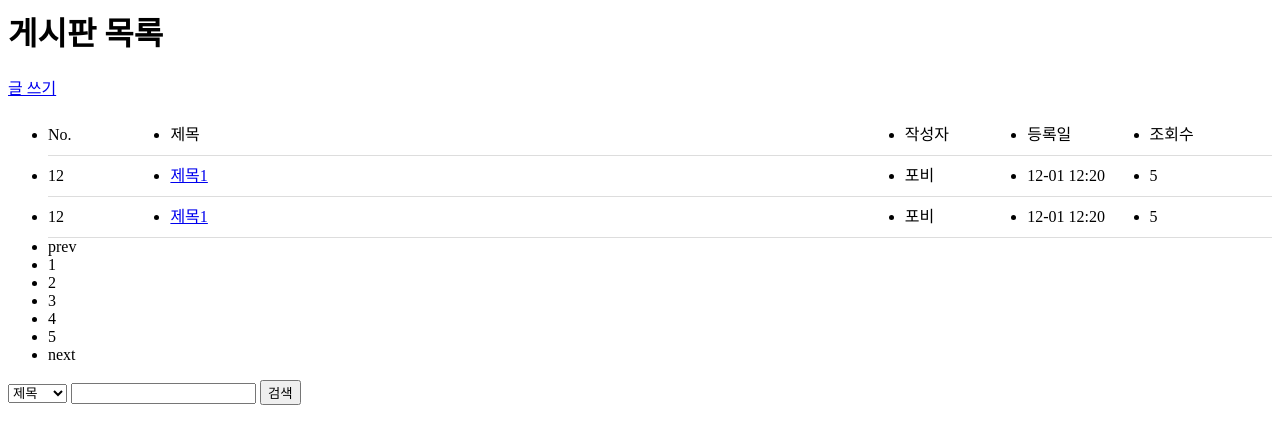
Repository: smg1024/StudySpring
Page: http://localhost/webSpringTest/WEB-INF/views/board/boardList.jsp
An editor plug-in stored every save of this project. The page is shown before and after the next save, followed by the edit.
The browser window is 1280 px wide. The pictures show the whole page.
The page is served by Tomcat 9. Nobody is signed in. Other server files are loaded and not shown. The template is opened directly, without the code that normally fills it, so the values that code supplies are empty.

Above is the page before, as saved 2022-12-14 01:23:11.

### webSpringTest/src/main/webapp/WEB-INF/views/board/boardList.jsp
<%@ page language="java" contentType="text/html; charset=UTF-8"
    pageEncoding="UTF-8"%>
<%@ taglib uri="http://java.sun.com/jsp/jstl/core" prefix="c" %>
<link rel="stylesheet" href="/myapp/js_css/board.css" type="text/css">
<title>게시판 목록</title>
<div class="container">
	<h1>게시판 목록</h1>
	<div>
		<a href="/myapp/board/boardPost">글 쓰기</a>
	</div>
	<ul class="boardList">
		<li>No.</li>
		<li>제목</li>
		<li>작성자</li>
		<li>등록일</li>
		<li>조회수</li>

		<li>12</li>
		<li><a href="/myapp/board/boardView?postno=#">제목1</a></li>
		<li>포비</li>
		<li>12-01 12:20</li>
		<li>5</li>

		<li>12</li>
		<li><a href="/myapp/board/boardView?postno=#">제목1</a></li>
		<li>포비</li>
		<li>12-01 12:20</li>
		<li>5</li>
	</ul>
	<!-- 페이지 처리 -->
	<div>
		<ul>
			<li>prev</li>
			<li>1</li>
			<li>2</li>
			<li>3</li>
			<li>4</li>
			<li>5</li>
			<li>next</li>
		</ul>
	</div>
	<!-- 검색 기능 -->
	<div>
		<form action="/myapp/board/boardList">
			<select name="searchKey">
				<option>제목</option>
				<option>내용</option>
				<option>작성자</option>
			</select>
			<input type="text" name="searchValue" id="searchValue">
			<input type="submit" value="검색">
		</form>
	</div>
</div>

### webSpringTest/src/main/webapp/js_css/board.css
@charset "UTF-8";

.boardList>li{
	float:left;
	height:40px;
	line-height:40px;
	width:10%;
	border-bottom:1px solid #ddd;
}
.boardList>li:nth-child(5n+2) {
	width:60%;
}

After the next save:
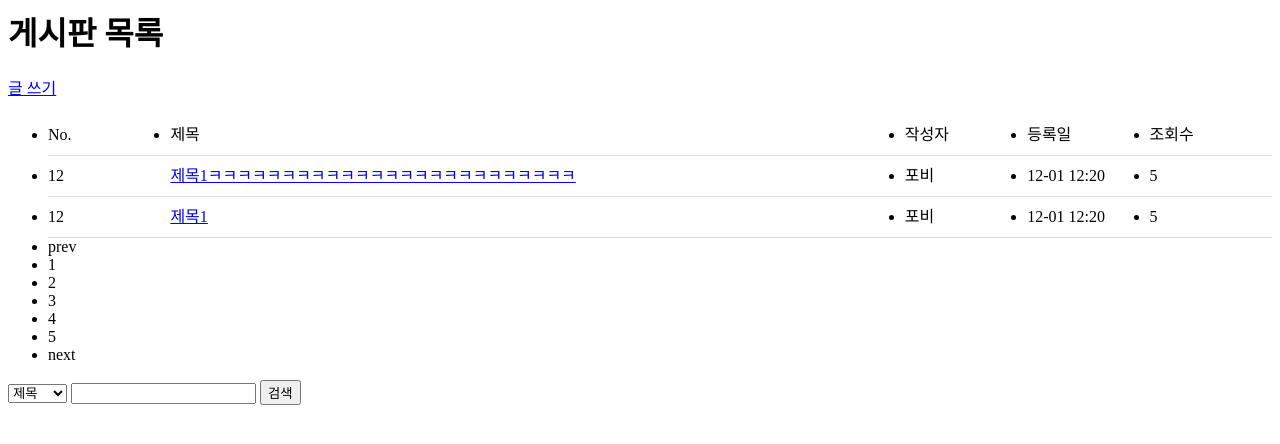
Saved 3 min 22 s later.
--- a/webSpringTest/src/main/webapp/WEB-INF/views/board/boardList.jsp
+++ b/webSpringTest/src/main/webapp/WEB-INF/views/board/boardList.jsp
@@ -16,13 +16,13 @@
 		<li>조회수</li>
 
 		<li>12</li>
-		<li><a href="/myapp/board/boardView?postno=#">제목1</a></li>
+		<li class="word-cut"><a href="/myapp/board/boardView?postno=#">제목1ㅋㅋㅋㅋㅋㅋㅋㅋㅋㅋㅋㅋㅋㅋㅋㅋㅋㅋㅋㅋㅋㅋㅋㅋㅋ</a></li>
 		<li>포비</li>
 		<li>12-01 12:20</li>
 		<li>5</li>
 
 		<li>12</li>
-		<li><a href="/myapp/board/boardView?postno=#">제목1</a></li>
+		<li class="word-cut"><a href="/myapp/board/boardView?postno=#">제목1</a></li>
 		<li>포비</li>
 		<li>12-01 12:20</li>
 		<li>5</li>
--- a/webSpringTest/src/main/webapp/js_css/board.css
+++ b/webSpringTest/src/main/webapp/js_css/board.css
@@ -1,5 +1,12 @@
 @charset "UTF-8";
+/* 말 줄임 : 칸 넘어가면 ... */
+.word-cut{
+	white-space:nowrap;
+	overflow:hidden;
+	text-overflow:ellipsis;
+}
 
+/* 게시판 목록 */
 .boardList>li{
 	float:left;
 	height:40px;
